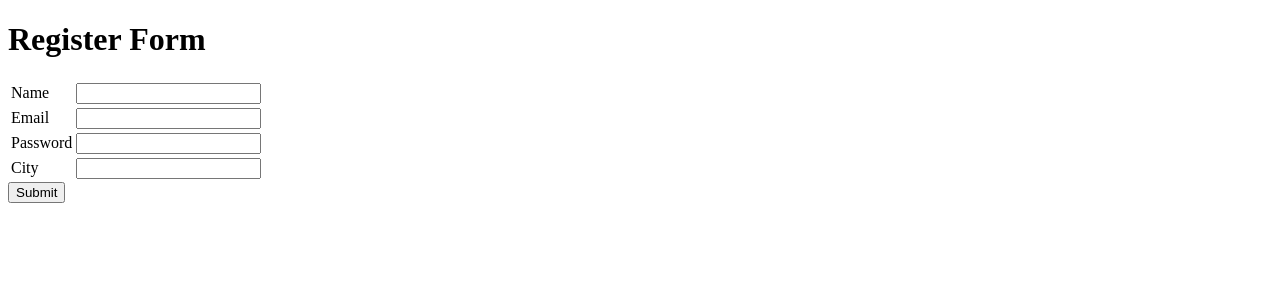
Repository: mohanbadgujar/Spring
Page: http://localhost/LoginFormSpringJdbcAnnotation/register.jsp
The author's editor kept a copy of each file at every save. The page is drawn from the files as they stood at one save, then again after the next save.
The browser window is 1280 px wide. The pictures show the whole page.
The page is served by Tomcat 9. Nobody is signed in. The application's start-up code is not run.

Above is the page before, as saved 2017-11-13 14:38:25.

After the next save:
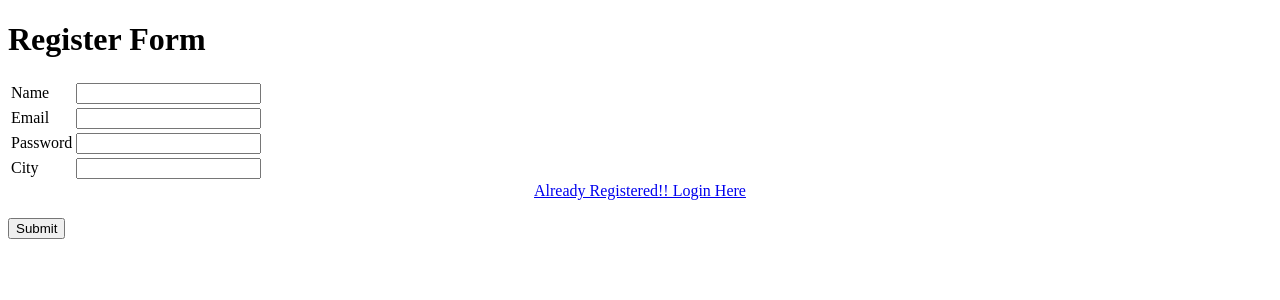
Saved 67 s later.
--- a/LoginFormSpringJdbcAnnotation/src/main/webapp/register.jsp
+++ b/LoginFormSpringJdbcAnnotation/src/main/webapp/register.jsp
@@ -118,6 +118,15 @@
 					<td><input type="password" name="password" /></td>
 				</tr>
 				</table>
+
+					<div>
+						<center>
+							<a href= "index.jsp">Already Registered!! Login Here</a>
+						</center>
+					</div>
+					<br>
+
+
 			<input type="submit" value="Submit" /></form>
 </body>
 </html>
